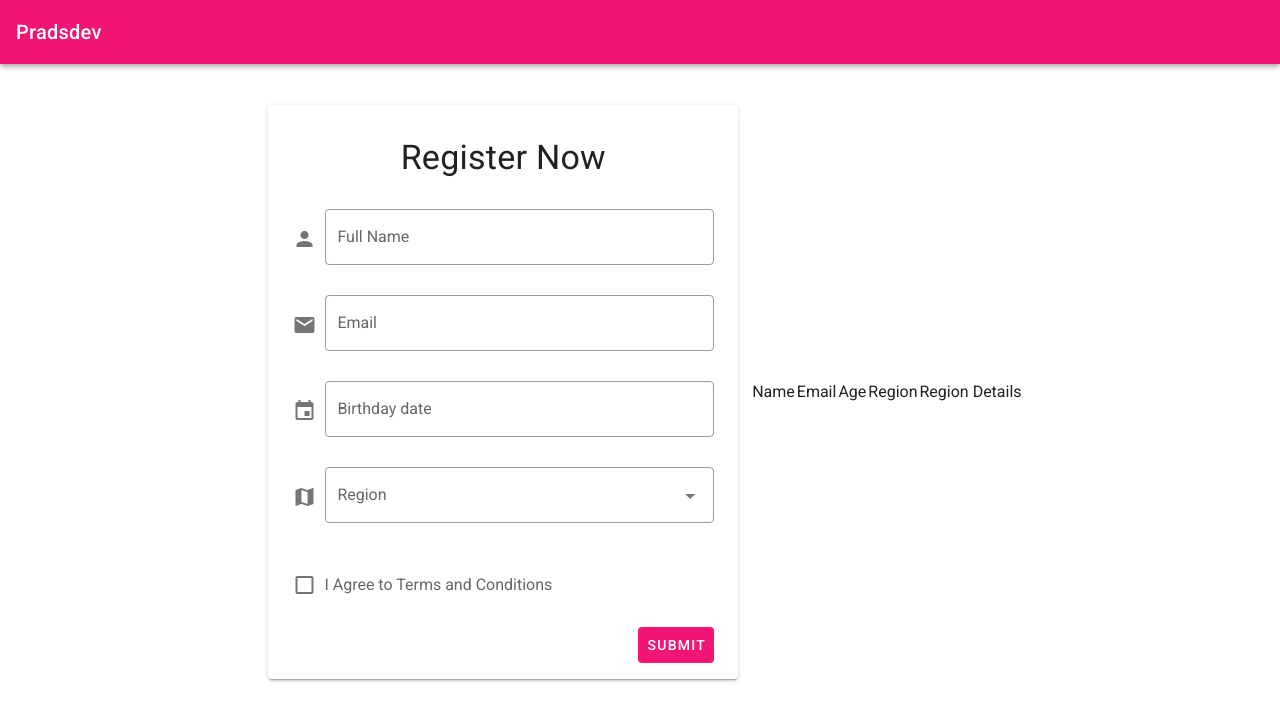
Repository: pradsdev/vue-form-validate
Page: /
An editor plug-in stored every save of this project. The page is shown before and after the next save, followed by the edit.
The browser window is 1280 px wide. The pictures show the whole page.
The project was rebuilt for these pictures with package versions that can differ from the ones it lists, and the page was loaded fresh each time. Also part of the build but not shown: vue.config.js.

Above is the page before, as saved 2020-12-22 16:54:34.

### src/App.vue
<template>
  <v-app>
    <v-app-bar
      app
      color="primary"
      dark
    >
      <div class="d-flex align-center">
        <div class="title">
          Pradsdev
        </div>
      </div>
    </v-app-bar>

    <v-main>
      <v-container fill-height>
        <v-row class="text-center justify-center">
          <Form @update="($event) => items.push($event)"/>
          <Table :data="items"/>
        </v-row>
      </v-container>
    </v-main>
  </v-app>
</template>

<script>
export default {
  name: 'App',

  components: {
    Form: () => import('./components/Form'),
    Table: () => import('./components/Table')
  },

  data: () => ({
    items: []
  })
}
</script>

### src/plugins/vuetify.js
import Vue from 'vue'
import Vuetify from 'vuetify/lib/framework'

Vue.use(Vuetify)

export default new Vuetify({
  theme: {
    options: {
      customProperties: true
    },
    themes: {
      light: {
        primary: '#f31573',
        secondary: '#424242',
        accent: '#82B1FF',
        error: '#FF5252',
        info: '#2196F3',
        success: '#4CAF50',
        warning: '#FFC107'
      }
    }
  }
})

### src/components/Form.vue
<template>
  <v-col cols="5">
    <v-card>
      <v-card-title class="py-8 display-1 mx-2 d-flex flex-row justify-center">
        <div>
          Register Now
        </div>
      </v-card-title>
      <v-form
        ref="form"
        class="mx-6"
        @submit.prevent="submitForm"
      >
        <v-text-field
          v-model="name"
          outlined
          label="Full Name"
          :rules="[v => !!v || 'Full Name is required', v => /^[a-zA-Z]+(?:[\s.]+[a-zA-Z]+)*$/.test(v) || 'Full name must be valid']"
          prepend-icon="mdi-account"
        />
        <v-text-field
          v-model="email"
          outlined
          label="Email"
          :rules="[v => !!v || 'Email is required', v => /^\w+([.-]?\w+)*@\w+([.-]?\w+)*(\.\w{2,63})+$/.test(v) || 'Email must be valid']"
          prepend-icon="mdi-email"
        />
        <v-menu
          ref="menu"
          v-model="menu"
          :close-on-content-click="false"
          transition="scale-transition"
          offset-y
          min-width="290px"
        >
          <template v-slot:activator="{ on, attrs }">
            <v-text-field
              v-model="date"
              label="Birthday date"
              prepend-icon="mdi-calendar"
              readonly
              outlined
              :rules="[v => !!v || 'Age is required']"
              v-bind="attrs"
              v-on="on"
            />
          </template>
          <v-date-picker
            ref="picker"
            v-model="date"
            :max="ageLimitDate"
            @change="save"
          />
        </v-menu>
        <v-select
          v-model="region"
          :items="items"
          label="Region"
          outlined
          :rules="[v => !!v || 'Region is required']"
          prepend-icon="mdi-map"
        />
        <v-checkbox
          v-model="checkbox"
          :rules="[v => !!v || 'Please check the checkbox']"
          label="I Agree to Terms and Conditions"
        />
      </v-form>
      <v-card-actions class="px-6 pb-4">
        <v-spacer></v-spacer>
        <v-btn
          :loading="loading"
          color="primary"
          type="submit"
          depressed
          @click="submitForm"
        >
          submit
        </v-btn>
      </v-card-actions>
    </v-card>
  </v-col>
</template>

<script>
import axios from 'axios'
import * as moment from 'moment'
export default {
  name: 'HelloWorld',
  data: () => ({
    date: null,
    menu: false,
    items: ['Africa', 'Americas', 'Asia', 'Europe', 'Oceania'],
    checkbox: false,
    loading: false,
    region: '',
    name: '',
    email: '',
    ageLimitDate: ''
  }),
  mounted () {
    const ageLimitDate = moment().subtract(18, 'years').format('YYYY-MM-DD')
    this.ageLimitDate = ageLimitDate
  },
  watch: {
    menu (val) {
      val && setTimeout(() => (this.$refs.picker.activePicker = 'YEAR'))
    }
  },
  methods: {
    save (date) {
      this.$refs.menu.save(date)
    },
    async submitForm () {
      if (!this.$refs.form.validate()) return
      try {
        this.loading = true
        const data = {
          name: this.name,
          email: this.email,
          age: moment().diff(this.date, 'years', false),
          region: this.region
        }
        const result = await axios.get(`https://restcountries.eu/rest/v2/region/${this.region}`)
        data.regionDetails = result.data
        this.$emit('update', data)
        this.$refs.form.reset()
      } catch (error) {
        console.log(error)
      } finally {
        this.loading = false
      }
    }
  }
}
</script>

### src/components/Table.vue
<template>
<table>
  <thead>
    <td>
      Name
    </td>
    <td>
      Email
    </td>
    <td>
      Age
    </td>
    <td>
      Region
    </td>
    <td>
      Region Details
    </td>
  </thead>
  <tr v-for="user in userData" :key="user.email">
    <td>
      {{ user.name }}
    </td>
    <td>
      {{ user.email }}
    </td>
    <td>
      {{ user.age }}
    </td>
    <td>
      {{ user.region }}
    </td>
    <td>
      {{ user.regionDetails }}
    </td>
  </tr>

</table>
</template>

<script>
export default {
  props: {
    data: {
      type: Array,
      required: true,
      default: () => []
    }
  },
  data: () => ({
    userData: []
  }),
  watch: {
    data: {
      handler (val) {
        if (!val) return
        this.userData = val
      },
      immediate: true
    }
  }

}
</script>

Loaded but not shown: public/index.html (common file); src/main.js (common file)

After the next save:
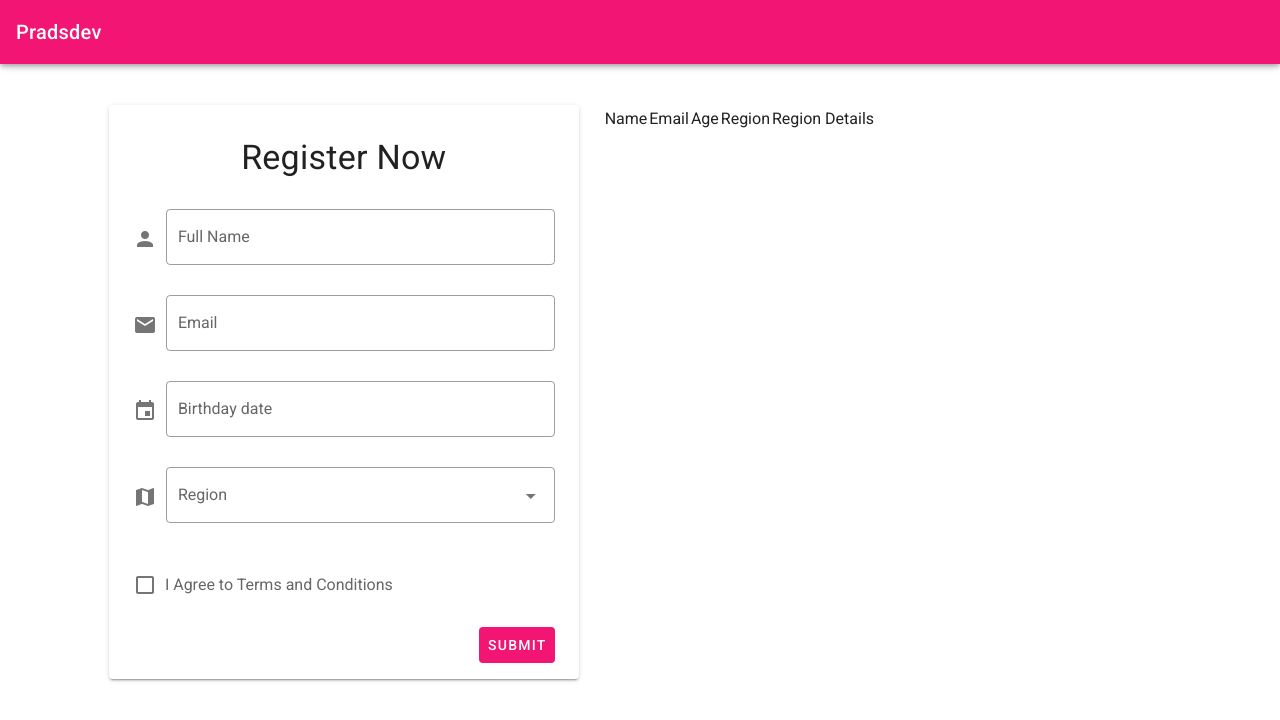
Saved 32 s later.
--- a/src/components/Table.vue
+++ b/src/components/Table.vue
@@ -1,5 +1,6 @@
 <template>
-<table>
+<v-col cols="6">
+  <table>
   <thead>
     <td>
       Name
@@ -36,6 +37,7 @@
   </tr>
 
 </table>
+</v-col>
 </template>
 
 <script>
